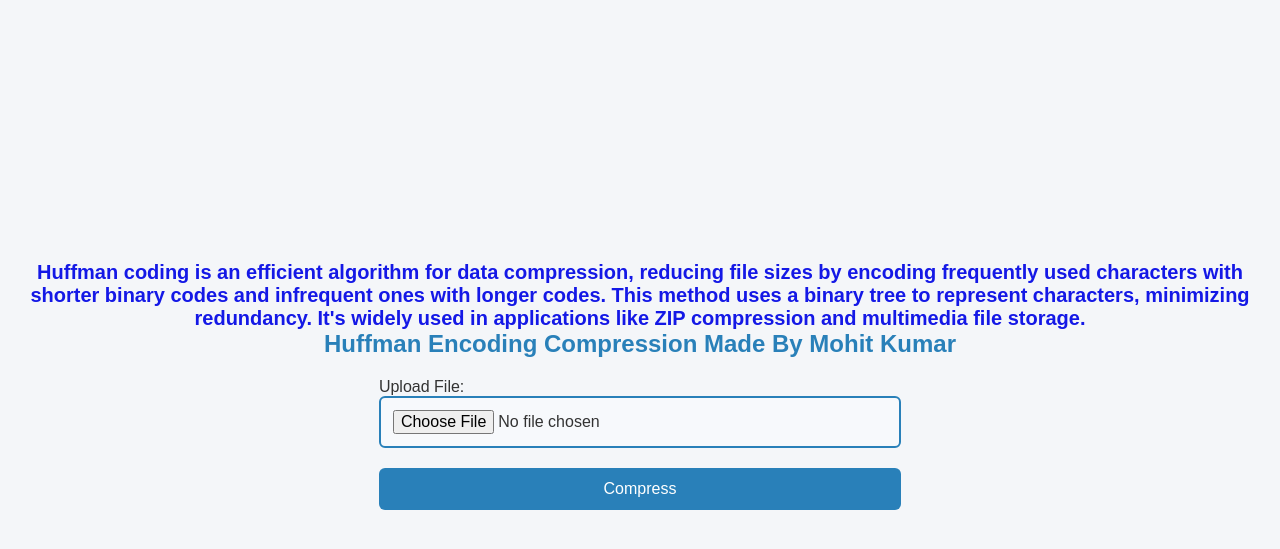
Repository: Mohitkumar1322/huffmane_coding
Page: http://localhost/
The author's editor kept a copy of each file at every save. The page is drawn from the files as they stood at one save, then again after the next save.
The browser window is 1280 px wide. The pictures show the whole page.
The page is served by the project's application, run on Flask 3 (main.py).

Above is the page before, as saved 2024-11-07 19:29:26.

After the next save:
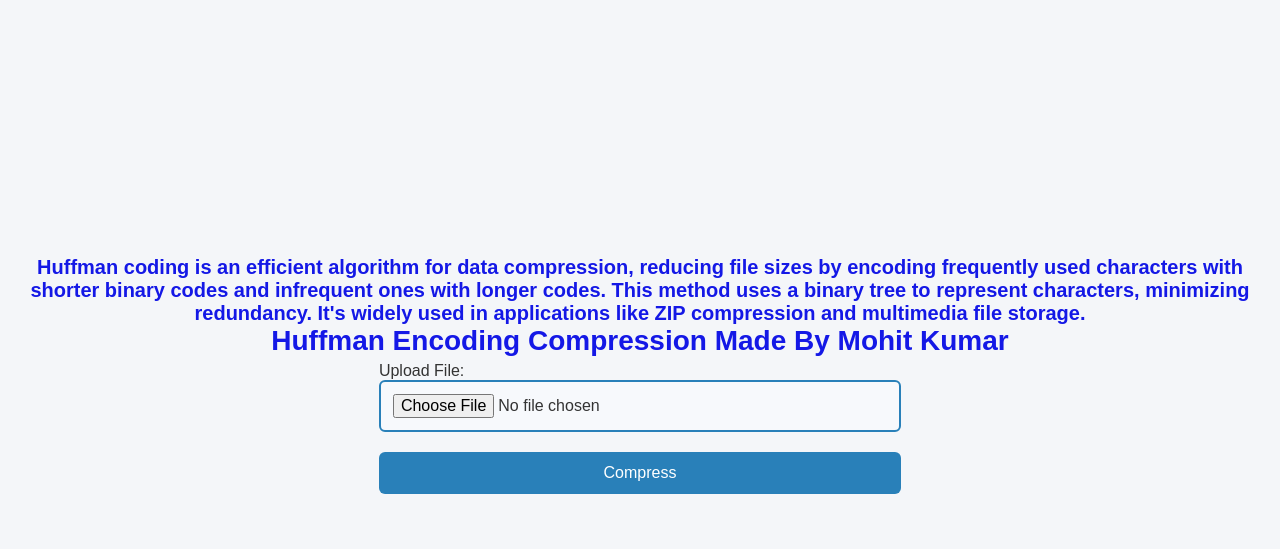
Saved 27 s later.
--- a/static/styles.css
+++ b/static/styles.css
@@ -28,18 +28,21 @@ body {
 
 /* Heading Style */
 h1 {
-    font-size: 24px;
-    color: #2980B9;
-    margin-bottom: 20px;
+    font-size: 28px;
+    color: #1418e6;
+    text-align: center;
     font-weight: bold;
+    margin-bottom: 5px;
 }
+
 h2 {
     font-size: 20px;
     color: #1418e6;
-    margin-top: 50px;
+    margin-top: 30px;  /* Increased space above h2 */
     font-weight: bold;
     text-align: center;
 }
+
 
 /* Input Fields Style */
 input[type="file"] {
